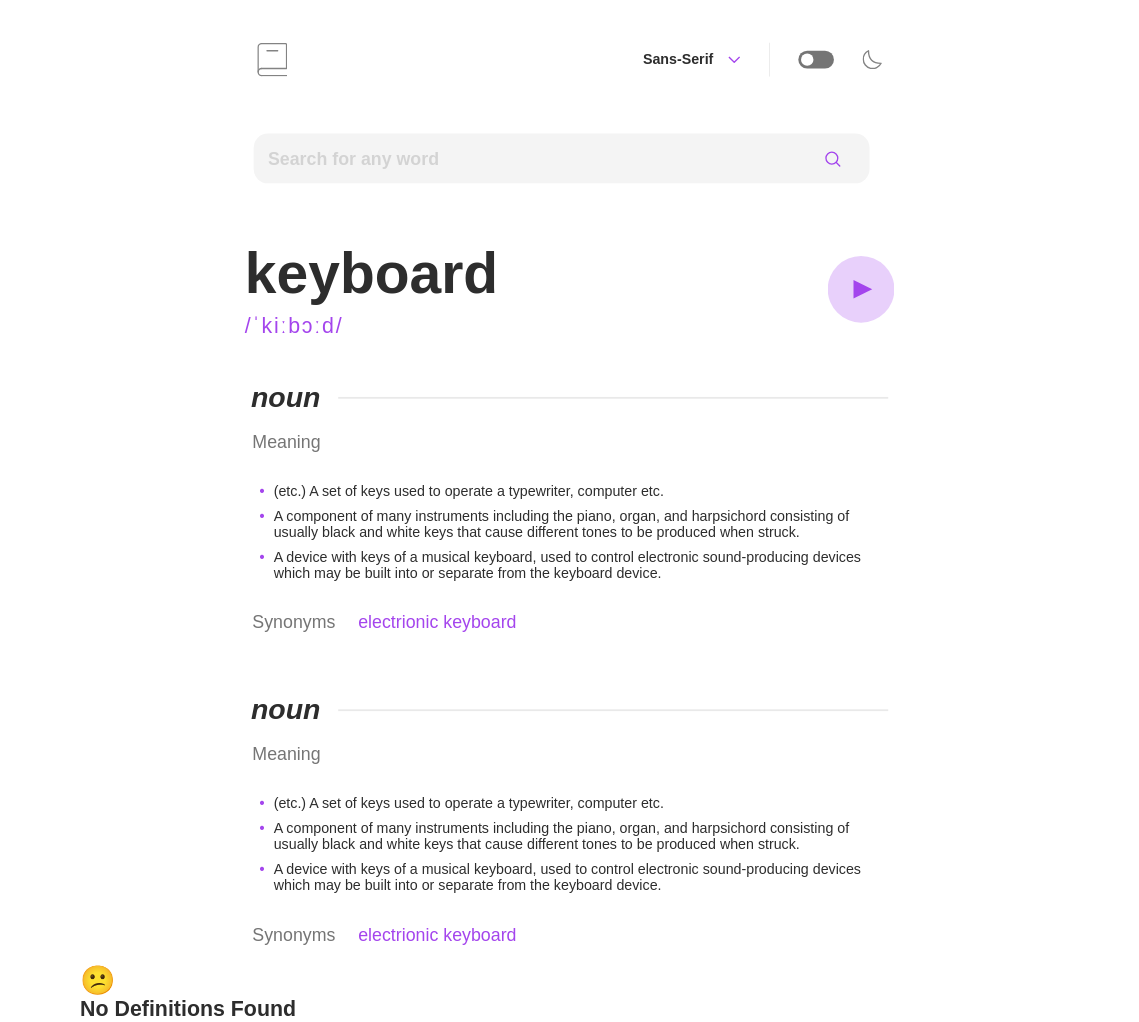
Repository: Arkitecth/dictionary-app
Page: index.html
An editor plug-in stored every save of this project. The page is shown before and after the next save, followed by the edit.
The browser window is 1280 px wide. The pictures show the whole page, at 89% of full size.

Above is the page before, as saved 2023-07-21 18:47:56.

After the next save:
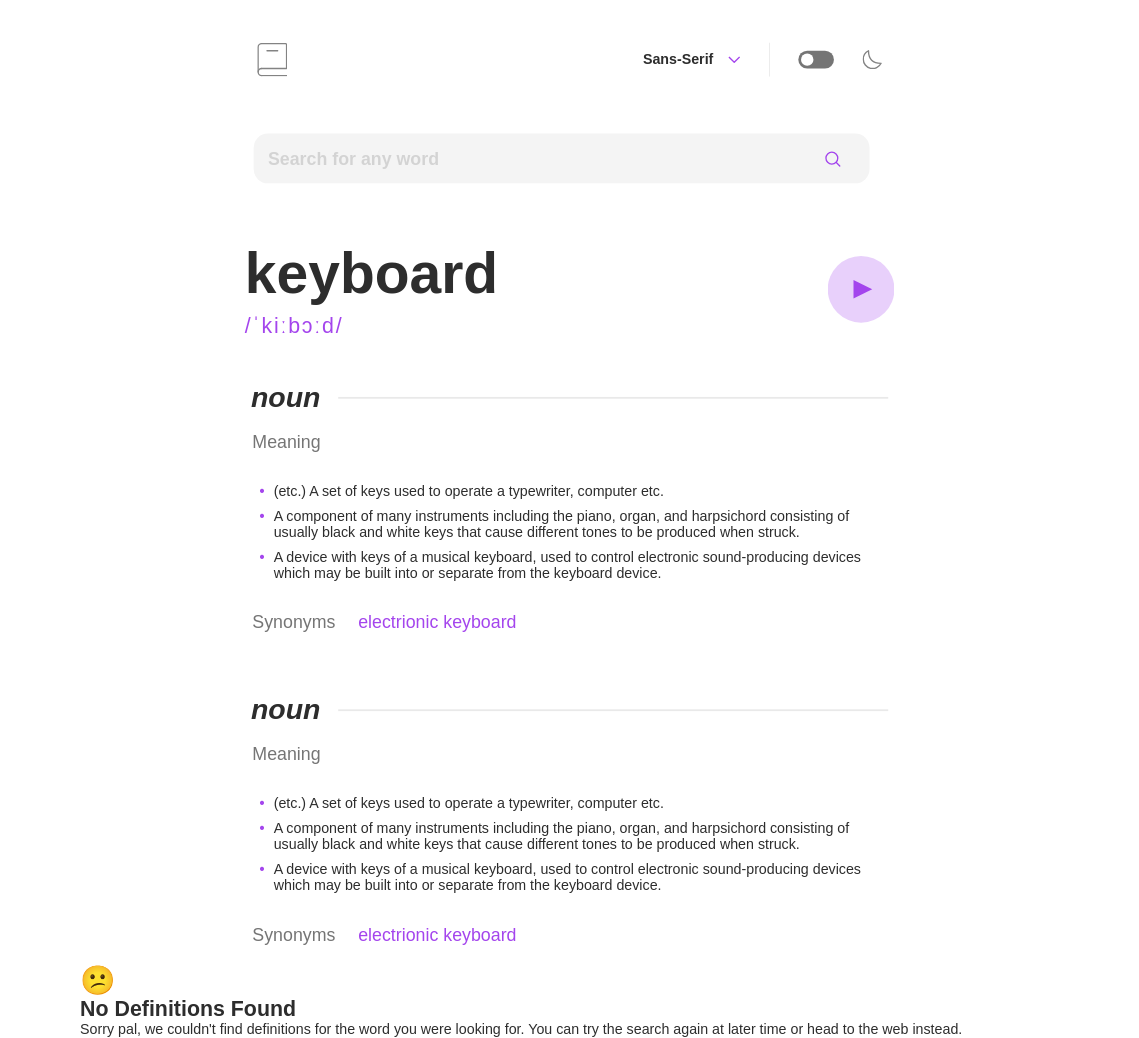
Saved 5 s later.
--- a/index.html
+++ b/index.html
@@ -96,6 +96,7 @@
   <div class="not-found">
     <h1>😕</h1>
     <h2>No Definitions Found</h2>
+    <p>Sorry pal, we couldn't find definitions for the word you were looking for. You can try the search again at later time or head to the web instead.</p>
   </div>
 
 
